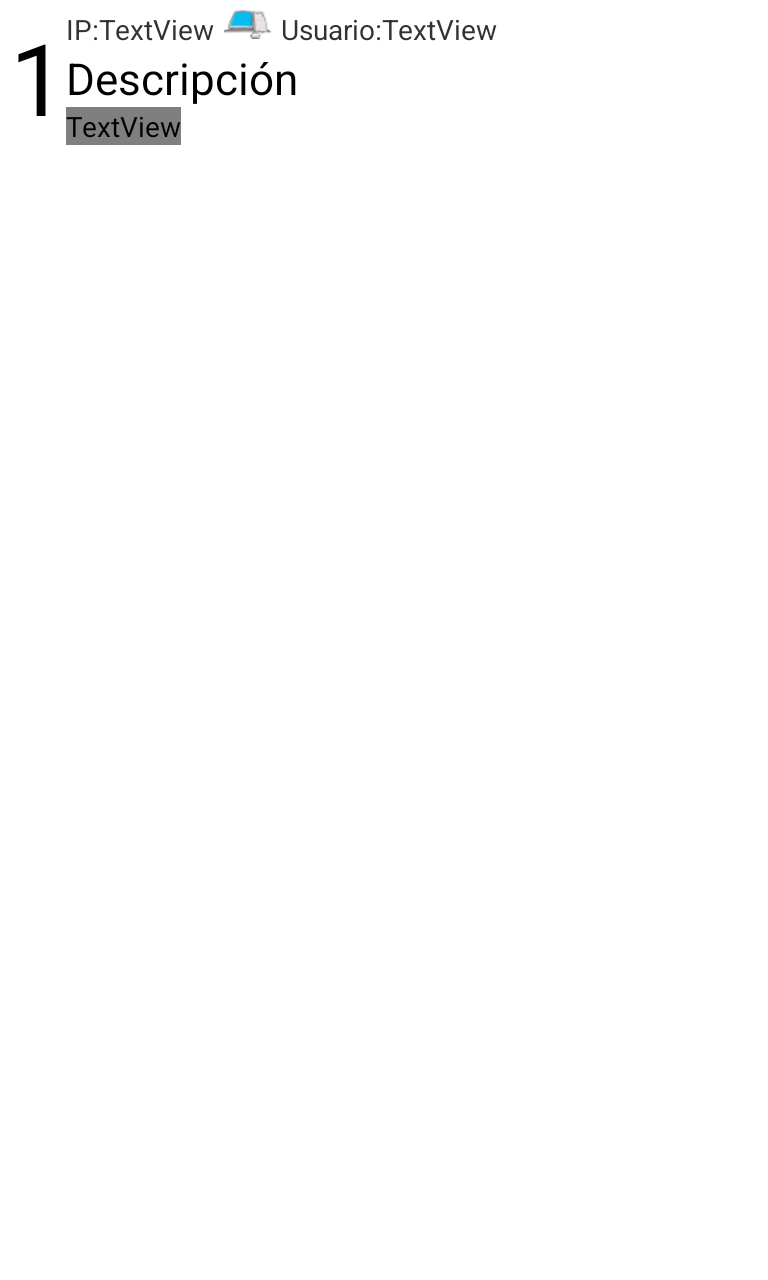
Repository: jonatansantos/Android-Server-Status
Layout: desarrollo/ModuloSSH/res/layout/list_servers.xml
An editor plug-in stored every save of this project. The layout is shown before and after the next save, followed by the edit.
Pictures or frames that could not be fetched are drawn as grey boxes. It is drawn on a 768 x 1280 px phone screen (xhdpi) without system bars, with theme android:Theme.Light; the app's code is not run.

Above is the layout before, as saved 2012-03-22 22:52:05.

### desarrollo/ModuloSSH/res/layout/list_servers.xml
<?xml version="1.0" encoding="utf-8"?>
<LinearLayout xmlns:android="http://schemas.android.com/apk/res/android"
    android:layout_width="wrap_content"
    android:layout_height="wrap_content"
    android:orientation="horizontal"
    android:padding="5dp" >





    <TextView
        android:id="@+id/tv_id"
        android:layout_width="wrap_content"
        android:layout_height="wrap_content"
        android:text="@string/uno"
        android:textAppearance="?android:attr/textAppearanceLarge"
        android:textSize="50dp" />

    <LinearLayout
        android:id="@+id/linearLayout1"
        android:layout_width="wrap_content"
        android:layout_height="match_parent"
        android:orientation="vertical" >

        <LinearLayout
            android:id="@+id/linearLayout2"
            android:layout_width="match_parent"
            android:layout_height="wrap_content" >


            <TextView
                android:id="@+id/textView1"
                android:layout_width="wrap_content"
                android:layout_height="wrap_content"
                android:text="@string/ip" />

            <TextView
                android:id="@+id/textView2"
                android:layout_width="wrap_content"
                android:layout_height="wrap_content"
                android:text="TextView" />



            <ImageView
                android:id="@+id/imageView1"
                android:layout_width="wrap_content"
                android:layout_height="wrap_content"
                android:layout_marginLeft="5dp"
                android:layout_marginRight="5dp"
                android:src="@drawable/ic_ordenador2" />


            <TextView
                android:id="@+id/textView3"
                android:layout_width="wrap_content"
                android:layout_height="wrap_content"
                android:text="@string/usuario" />

            <TextView
                android:id="@+id/textView4"
                android:layout_width="wrap_content"
                android:layout_height="wrap_content"
                android:text="TextView" />

        </LinearLayout>

        <LinearLayout
            android:id="@+id/linearLayout4"
            android:layout_width="match_parent"
            android:layout_height="wrap_content" >


            <TextView
                android:id="@+id/textView6"
                android:layout_width="wrap_content"
                android:layout_height="wrap_content"
                android:text="@string/descripcion"
                android:textAppearance="?android:attr/textAppearanceLarge" />

        </LinearLayout>

        <LinearLayout
            android:id="@+id/linearLayout3"
            android:layout_width="match_parent"
            android:layout_height="wrap_content" >

            <TextView
                android:id="@+id/textView5"
                android:layout_width="wrap_content"
                android:layout_height="wrap_content"
                android:text="TextView"
                android:textColor="@android:color/#0000FF"/>

        </LinearLayout>

    </LinearLayout>

</LinearLayout>

### desarrollo/ModuloSSH/res/values/strings.xml
<?xml version="1.0" encoding="utf-8"?>
<resources>

    <string name="hello">Hello World, ModuloSSHActivity!</string>
    <string name="app_name">ModuloSSH</string>
    <string name="puerto">22</string>
    <string name="conectar">Conectar</string>
    <string name="desconectar">Desconectar</string>
    <string name="Selecciona">Selecciona una conexión</string>
    <string name="vacio"></string>
    <string name="uno">1</string>
    <string name="descripcion">Descripción</string>
    <string name="ip">IP:</string>
    <string name="usuario">Usuario:</string>

</resources>

After the next save:
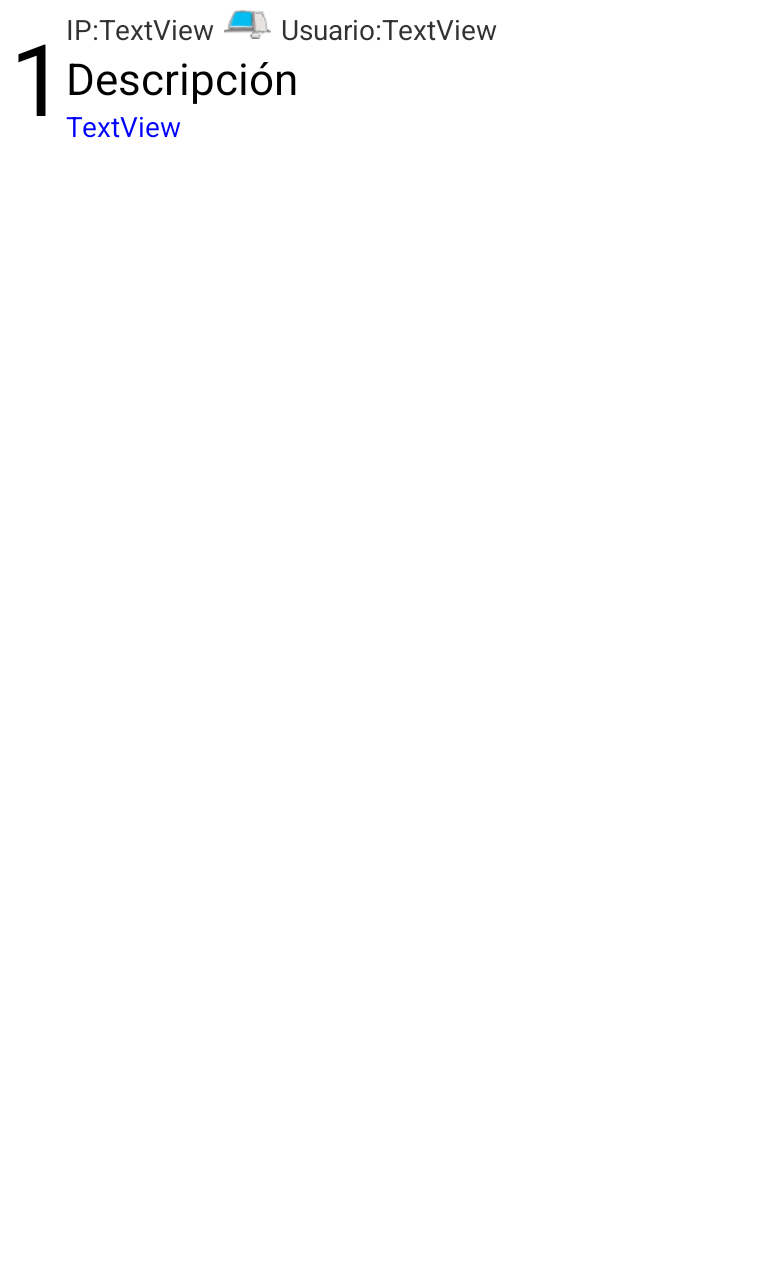
Saved 46 s later.
--- a/desarrollo/ModuloSSH/res/layout/list_servers.xml
+++ b/desarrollo/ModuloSSH/res/layout/list_servers.xml
@@ -91,7 +91,7 @@
                 android:layout_width="wrap_content"
                 android:layout_height="wrap_content"
                 android:text="TextView"
-                android:textColor="@android:color/#0000FF"/>
+                android:textColor="#0000FF"/>
 
         </LinearLayout>
 
